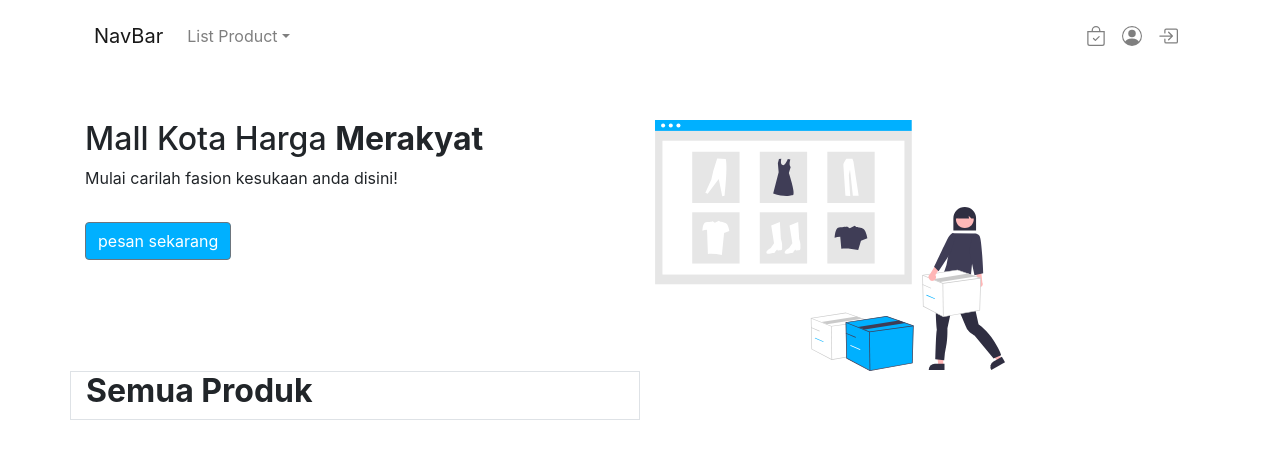
Repository: AHSANS354/ecommerce-catalog
Page: /
The author's editor kept a copy of each file at every save. The page is drawn from the files as they stood at one save, then again after the next save.
The browser window is 1280 px wide. The pictures show the whole page.
The page's requests for data from a server got no answer. The project was rebuilt for these pictures with package versions that can differ from the ones it lists, and the page was loaded fresh each time. No one was signed in, and anything a server would have sent is missing. Also part of the build but not shown: vue.config.js, src/components/CardProduct.vue.

Above is the page before, as saved 2023-03-01 22:17:41.

### src/main.js
import Vue from "vue";
import App from "./App.vue";
import router from "./router";
import { BootstrapVue, IconsPlugin } from "bootstrap-vue";
// Import Bootstrap and BootstrapVue CSS files (order is important)
import "bootstrap/dist/css/bootstrap.css";
import "bootstrap-vue/dist/bootstrap-vue.css";
import "./assets/style/main.css";

// Make BootstrapVue available throughout your project
Vue.use(BootstrapVue);
// Optionally install the BootstrapVue icon components plugin
Vue.use(IconsPlugin);

Vue.config.productionTip = false;

new Vue({
  router,
  render: (h) => h(App),
}).$mount("#app");

### src/App.vue
<template>
  <div id="app">
    <router-view />
  </div>
</template>

### src/assets/style/main.css
.btn.btn-secondary {
  background-color: #00b0ff !important;
}

.card-img-top {
  height: 18rem;
}

.card {
  padding: 2rem;
}

.deskripsi {
  display: -webkit-box;
  -webkit-line-clamp: 3;
  -webkit-box-orient: vertical;
  overflow: hidden;
  text-overflow: ellipsis;
}

.title {
  display: -webkit-box;
  -webkit-line-clamp: 2;
  -webkit-box-orient: vertical;
  overflow: hidden;
  text-overflow: ellipsis;
}

### src/views/HomeView.vue
<template>
  <div class="home">
    <navbar-view />
    <div class="container mt-5">
      <div class="row">
        <div class="col-md-6">
          <h2>Mall Kota Harga <strong>Merakyat</strong></h2>
          <p>Mulai carilah fasion kesukaan anda disini!</p>

          <b-button class="mt-3"> pesan sekarang </b-button>
        </div>
        <div class="col-md-6">
          <img
            src="../assets/images/undraw_web_shopping_re_owap.svg"
            alt="foto"
            width="350"
          />
        </div>
      </div>

      <div class="row">
        <div class="col-md-6 border">
          <h2><strong>Semua Produk</strong></h2>
        </div>
      </div>

      <div class="row">
        <div class="col-md-4" v-for="product in products" :key="product.id">
          <card-product :product="product" />
        </div>
      </div>
    </div>
  </div>
</template>

<script>
import NavbarView from "@/components/NavbarView.vue";
import CardProduct from "@/components/CardProduct.vue";
import axios from "axios";
// @ is an alias to /src

export default {
  name: "HomeView",
  components: {
    NavbarView,
    CardProduct,
  },
  data() {
    return {
      products: [],
    };
  },
  methods: {
    setProduct(data) {
      this.products = data;
    },
  },
  mounted() {
    axios
      .get("https://fakestoreapi.com/products")
      .then((response) => this.setProduct(response.data))
      .catch((error) => console.log(error));
  },
};
</script>

### src/components/NavbarView.vue
<template>
  <div class="container p-2">
    <b-navbar toggleable="lg" type="light">
      <router-link class="navbar-brand" to="/">NavBar</router-link>

      <b-navbar-toggle target="nav-collapse"></b-navbar-toggle>

      <b-collapse id="nav-collapse" is-nav>
        <b-navbar-nav>
          <b-nav-item-dropdown text="List Product" right>
            <router-link class="dropdown-item" to="/">EN</router-link>
            <router-link class="dropdown-item" to="/">ES</router-link>
            <router-link class="dropdown-item" to="/">RU</router-link>
            <router-link class="dropdown-item" to="/">FA</router-link>
          </b-nav-item-dropdown>
        </b-navbar-nav>

        <!-- Right aligned nav items -->
        <b-navbar-nav class="ml-auto">
          <router-link to="/"
            ><b-nav-item><b-icon-bag-check></b-icon-bag-check></b-nav-item
          ></router-link>
          <router-link to="/"
            ><b-nav-item
              ><b-icon-person-circle></b-icon-person-circle></b-nav-item
          ></router-link>
          <router-link to="/"
            ><b-nav-item
              ><b-icon-box-arrow-in-right></b-icon-box-arrow-in-right></b-nav-item
          ></router-link>
        </b-navbar-nav>
      </b-collapse>
    </b-navbar>
  </div>
</template>

<script>
export default {
  name: "NavbarView",
};
</script>

<style>
</style>

Loaded but not shown: public/index.html (common file); src/router/index.js (common file)

After the next save:
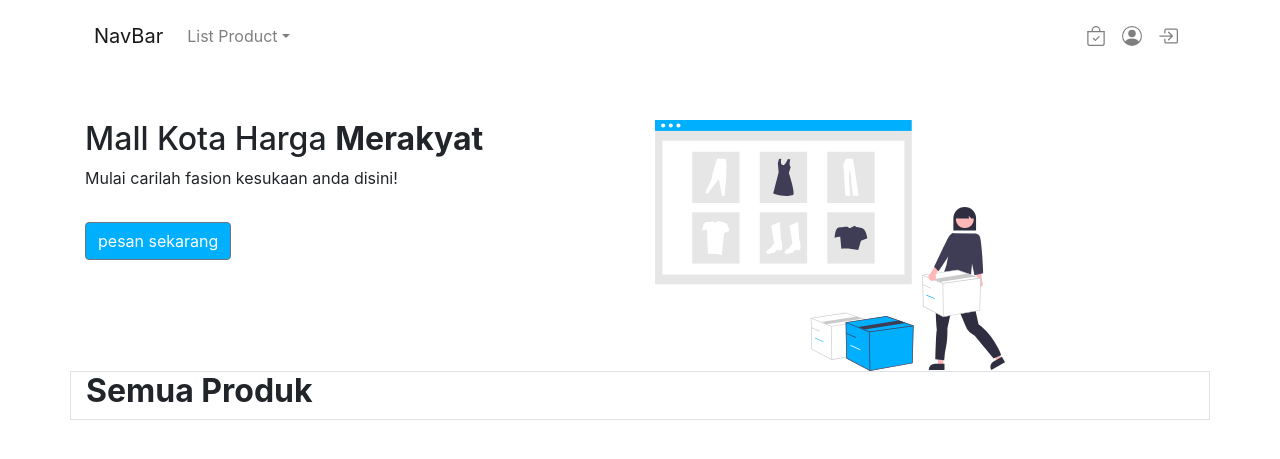
Saved 87 s later.
--- a/src/views/HomeView.vue
+++ b/src/views/HomeView.vue
@@ -18,8 +18,8 @@
         </div>
       </div>
 
-      <div class="row">
-        <div class="col-md-6 border">
+      <div class="row border">
+        <div class="col-md-6">
           <h2><strong>Semua Produk</strong></h2>
         </div>
       </div>
